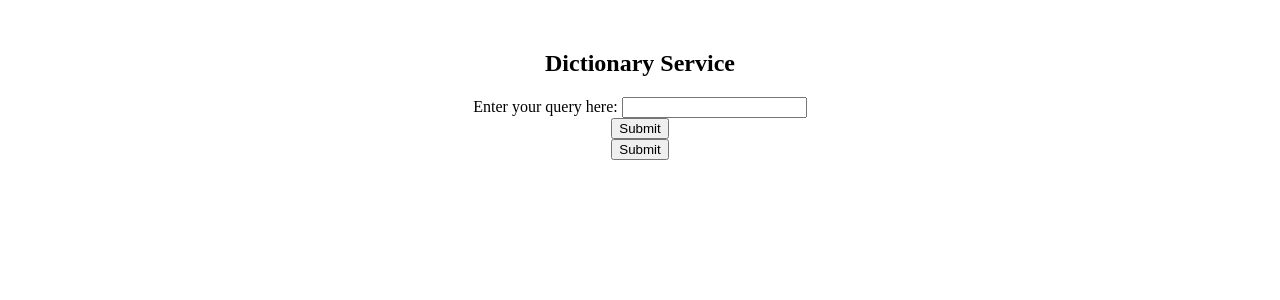
Repository: DonalMcGahon/An-Asynchronous-RMI-Dictionary-Service
Page: http://localhost/DictionaryWebApp/DictionaryForm.jsp
An editor plug-in stored every save of this project. The page is shown before and after the next save, followed by the edit.
The browser window is 1280 px wide. The pictures show the whole page.
The page is served by Tomcat 9. Other server files are loaded and not shown.

Above is the page before, as saved 2017-12-21 13:51:42.

### Project Workspace/DictionaryWebApp/WebContent/DictionaryForm.jsp
<%@ page language="java" contentType="text/html; charset=ISO-8859-1"
    pageEncoding="ISO-8859-1"%>
<!DOCTYPE html PUBLIC "-//W3C//DTD HTML 4.01 Transitional//EN" "http://www.w3.org/TR/html4/loose.dtd">
<html>
<head>
<meta http-equiv="Content-Type" content="text/html; charset=ISO-8859-1">
<title>Dictionary Lookup</title>
</head>
<body>
<div align="center" style="margin-top: 50px;">

 		<H2><B>Dictionary Service</B></H2>
        <form action="DictionaryServlet">
        Enter your query here:  <input type="text" name="inputWord" size="20px"> <br>
        <input type="submit" value="Submit">
        </form>

        <form action="where-you-want-to-go"><input type="submit"></form>

    </div>
</body>
</html>

After the next save:
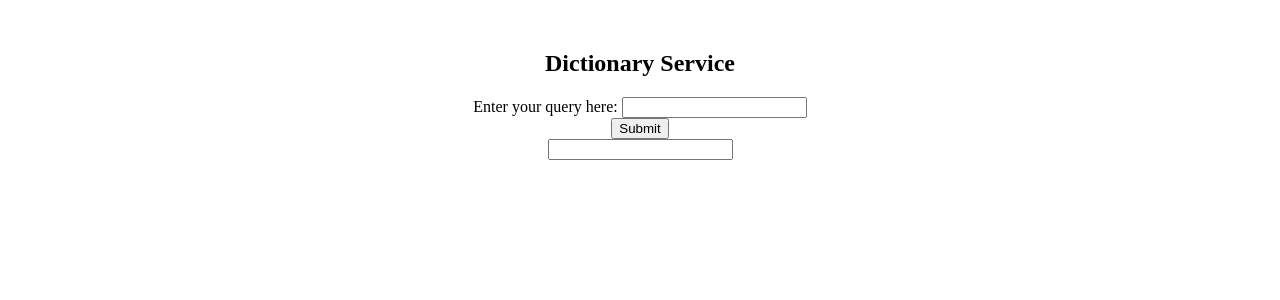
Saved 18 s later.
--- a/Project Workspace/DictionaryWebApp/WebContent/DictionaryForm.jsp
+++ b/Project Workspace/DictionaryWebApp/WebContent/DictionaryForm.jsp
@@ -15,7 +15,7 @@
         <input type="submit" value="Submit">
         </form>
 
-        <form action="where-you-want-to-go"><input type="submit"></form>
+        <form action="where-you-want-to-go"><input type="Make another Query"></form>
 
     </div>
 </body>

After the save that followed:
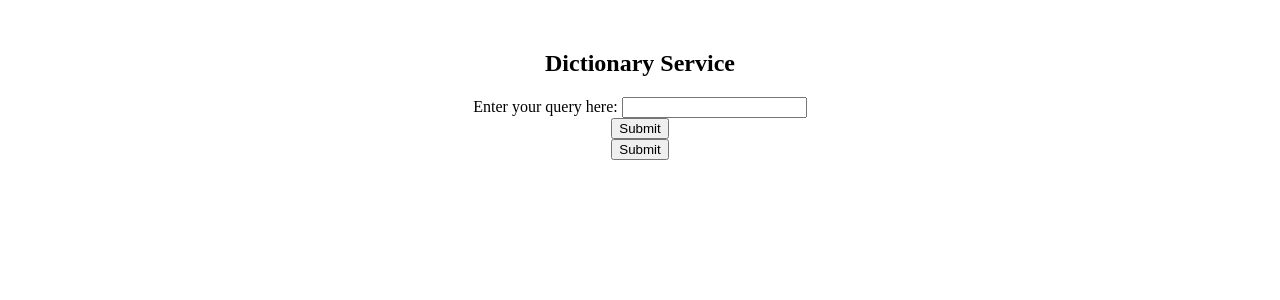
Saved 8 s later.
--- a/Project Workspace/DictionaryWebApp/WebContent/DictionaryForm.jsp
+++ b/Project Workspace/DictionaryWebApp/WebContent/DictionaryForm.jsp
@@ -15,7 +15,7 @@
         <input type="submit" value="Submit">
         </form>
 
-        <form action="where-you-want-to-go"><input type="Make another Query"></form>
+        <form action="where-you-want-to-go"><input type="submit"></form>
 
     </div>
 </body>
